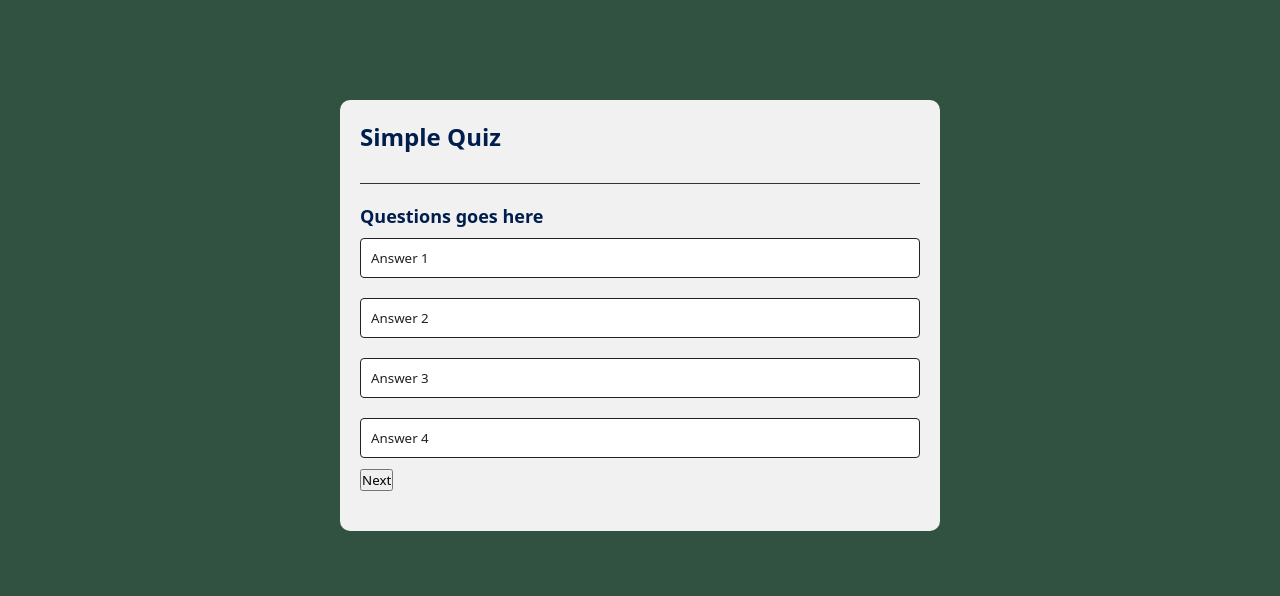
Repository: VickyJacob23/Quiz-App
Page: index.html
These files come from the project's save history. The page is drawn as it stood at one moment and after the next save; the edit follows.
The browser window is 1280 px wide. The pictures show the whole page.

Above is the page before, as saved 2024-08-04 16:52:32.

After the next save:
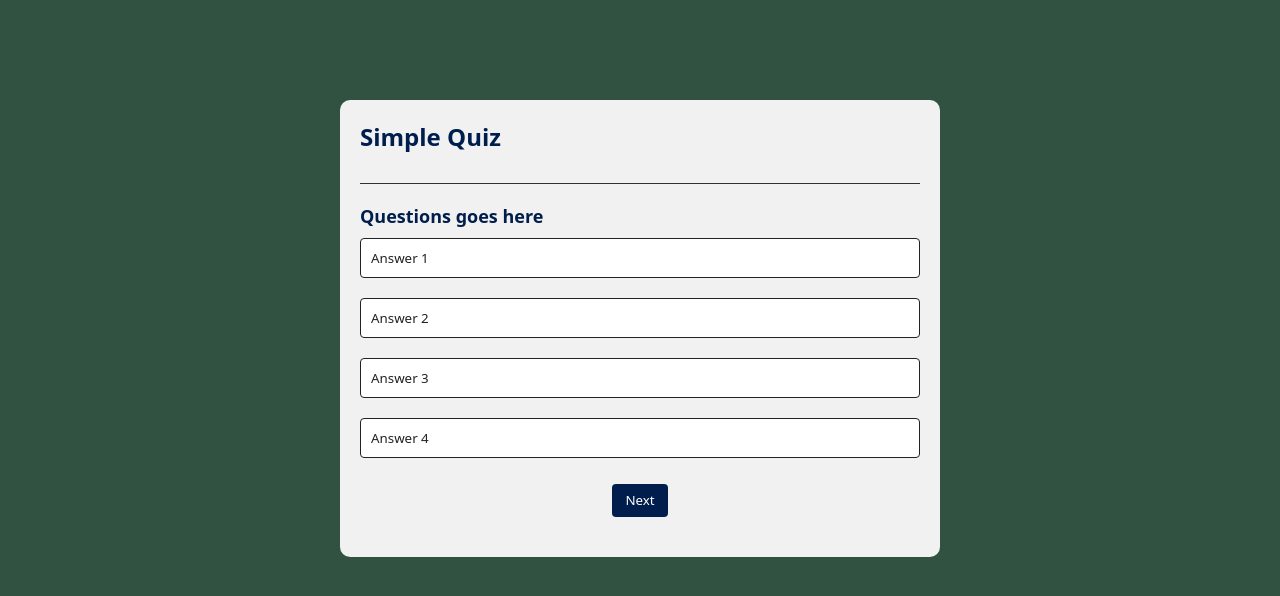
Saved 4 min 41 s later.
--- a/styles.css
+++ b/styles.css
@@ -49,3 +49,14 @@ body{
     background-color:#222;
     color:#fff;
 }
+#next-btn{
+    background-color:#001e4d;
+    color:#fff;
+    cursor: pointer;
+    width: 10%;
+    padding: .55em;
+    margin: 1.2em auto 0;
+    border-radius:4px;
+    border:0;
+    display: block;
+}
